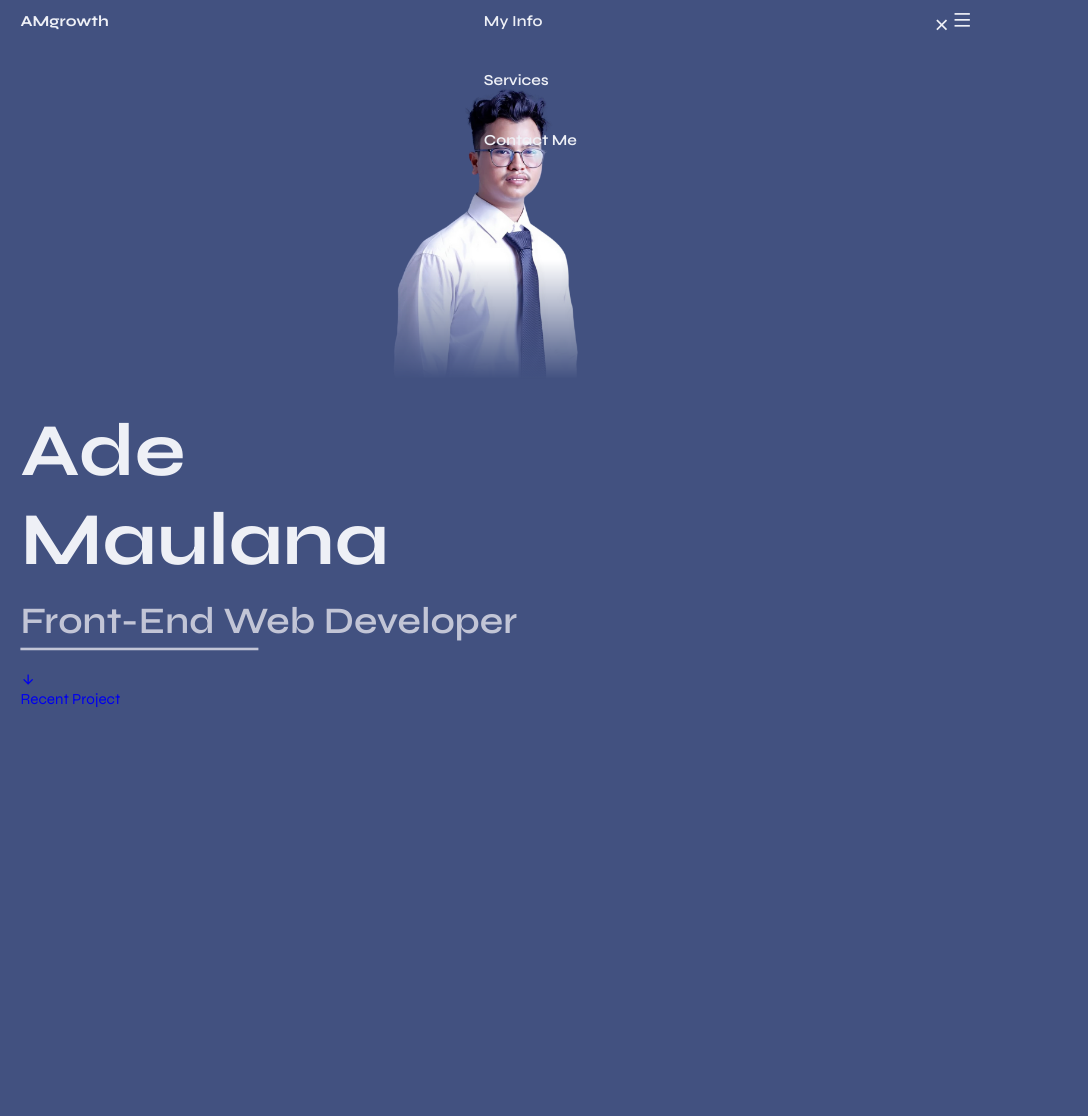
Repository: Ademaulana100499/portofolio
Page: index.html
These files come from the project's save history. The page is drawn as it stood at one moment and after the next save; the edit follows.
The browser window is 1280 px wide. The pictures show the whole page, at 85% of full size.
Some web fonts or font styles are not loaded; a fallback is used.

Above is the page before, as saved 2024-11-28 17:09:58.

### index.html
<!DOCTYPE html>
<html lang="en">
  <head>
    <meta charset="UTF-8" />
    <meta name="viewport" content="width=device-width, initial-scale=1.0" />
    <title>AMgrowth</title>
    <link rel="shortcut icon" href="assets/img/Favicon.png" />
    <link
      href="https://cdn.jsdelivr.net/npm/remixicon/fonts/remixicon.css"
      rel="stylesheet"
    />
    <link rel="stylesheet" href="assets/css/style.css" />
  </head>
  <body>
    <!-- HEADER -->
    <header class="header" id="header">
      <nav class="nav container">
        <a href="#" class="nav__logo">AMgrowth</a>
        <div class="nav__menu" id="nav-menu">
          <ul class="nav__list">
            <li>
              <a href="#home" class="nav__link">Home</a>
            </li>
            <li>
              <a href="#project" class="nav__link">Project</a>
            </li>
            <li>
              <a href="#info" class="nav__link">My Info</a>
            </li>
            <li>
              <a href="#services" class="nav__link">Services</a>
            </li>
            <li>
              <a href="#contact" class="nav__link">Contact Me</a>
            </li>
          </ul>
          <!-- Close Button -->
          <div class="nav__close" id="nav-close">
            <i class="ri-close-line"></i>
          </div>
        </div>

        <!-- Toggle Button -->
        <div class="nav__toggle" id="nav-toggle">
          <i class="ri-menu-line"></i>
        </div>
      </nav>
    </header>

    <!-- MAIN -->
    <main class="main" id="main">
      <!-- HOME -->
      <section class="home section" id="home">
        <div class="home__container container grid">
          <img src="assets/img/Photo.png" alt="image" class="home__img" />
          <div class="home__data">
            <h1 class="home__name">
              Ade <br />
              Maulana
            </h1>
            <h3 class="home__profession">Front-End Web Developer</h3>
          </div>
          <a href="#project" class="home__scroll">
            <div class="home__scroll-box">
              <i class="ri-arrow-down-line"></i>
            </div>
            <span class="home__scroll-text">Recent Project</span>
          </a>
        </div>
      </section>
      <!-- PROJECT -->
      <section class="project section" id="project"></section>
      <!-- INFO -->
      <section class="info section" id="info"></section>
      <!-- SERVICES -->
      <section class="services section" id="services"></section>
      <!-- CONTACT -->
      <section class="contact section" id="contact"></section>
    </main>

    <!-- FOOTER -->
    <footer class="footer" id="footer"></footer>
    <!-- SCROLL UP -->
    <!-- SCROLLREVEAL -->
    <script src=""></script>
    <!-- EMAIL JS -->
    <script src=""></script>
    <!-- MAIN JS -->
    <script src="assets/js/main.js"></script>
  </body>
</html>

### assets/css/style.css
@import url("https://fonts.googleapis.com/css2?family=Kite+One&family=Oooh+Baby&family=Orelega+One&family=Poppins:ital,wght@0,100;0,200;0,300;0,400;0,500;0,600;0,700;0,800;0,900;1,100;1,200;1,300;1,400;1,500;1,600;1,700;1,800;1,900&family=Syne:wght@400..800&display=swap");

/* VARIABLE CSS */
:root {
  --header-height: 3rem;

  /* Colors */
  --hue: 230;
  --first-color: hsl(var(--hue), 55%, 55%);
  --first-color-light: hsl(var(--hue), 55%, 65%);
  --first-color-alt: hsl(var(--hue), 50%, 50%);
  --title-color: hsl(var(--hue), 30%, 95%);
  --text-color: hsl(var(--hue), 20%, 80%);
  --text-color-light: hsl(var(--hue), 20%, 70%);
  --body-color: hsl(225, 32%, 38%);
  --container-color: hsl(var(--hue), 40%, 20%);

  /* Font and typography */
  --body-font: "Syne", sans-serif;
  --biggest-font-size: 3rem;
  --h1-font-size: 1.5rem;
  --h2-font-size: 1.25rem;
  --h3-font-size: 1rem;
  --normal-font-size: 0.938rem;
  --small-font-size: 0.813rem;

  /* Font weight */
  --font-regular: 400;
  --font-semi-bold: 600;
  --font-bold: 700;

  /* z index */
  --z-tooltip: 10;
  --z-fixed: 100;
}
/* Responsive typography */
@media screen and (min-width: 1150px) {
  :root {
    --biggest-font-size: 5.5rem;
    --big-font-size: 2.75rem;
    --h1-font-size: 2.25rem;
    --h2-font-size: 1.5rem;
    --h3-font-size: 1.25rem;
    --normal-font-size: 1.125rem;
    --small-font-size: 0.875rem;
  }
}

/* BASE */
* {
  margin: 0;
  padding: 0;
  box-sizing: border-box;
}

html {
  scroll-behavior: smooth;
}

body,
input,
textarea,
button {
  font-family: var(--body-font);
  font-size: var(--normal-font-size);
}

body {
  background-color: var(--body-color);
  color: var(--text-color);
}
input,
button,
textarea {
  outline: none;
  border: none;
}

h1,
h2,
h3 {
  color: var(--title-color);
  font-weight: var(--font-semi-bold);
}
p {
  line-height: 130%;
}

ul {
  list-style: none;
}

a {
  text-decoration: none;
}

img {
  display: block;
  max-width: 100%;
  height: auto;
}

/* REUSABLE CSS CLASSES */
.container {
  max-width: 1120px;
  margin-inline: 1.5rem;
}

.grid {
  display: grid;
  gap: 1.5rem;
}

.section {
  padding-block: 5rem 2rem;
}

.section__title {
  font-size: var(--h1-font-size);
  text-align: center;
  margin-bottom: 2rem;
  font-weight: var(--font-bold);
}
main {
  overflow: hidden;
}

/* HEADER & NAV */
.header {
  position: fixed;
  width: 100%;
  top: 0;
  left: 0;
  background-color: transparent;
  z-index: var(--z-fixed);
}
.nav {
  position: relative;
  height: var(--header-height);
  display: flex;
  justify-content: space-between;
  align-items: center;
}

.nav__logo {
  color: var(--title-color);
  font-weight: var(--font-bold);
}
.nav__toggle,
.nav__close {
  font-size: 1.5rem;
  cursor: pointer;
  color: var(--title-color);
}
/* Navigation for mobile */
@media screen and (max-width: 1150px) {
  .nav__menu {
    position: fixed;
    top: 0;
    right: -100%;
    background-color: hsla(var(--hue), 70%, 4%, 0.2);
    backdrop-filter: blur(16px);
    -webkit-backdrop-filter: blur(16px);
    width: 80%;
    height: 100%;
    padding: 7rem 3rem;
    transition: right 0.4s;
  }
}
.nav__list {
  display: flex;
  flex-direction: column;
  row-gap: 3rem;
}
.nav__link {
  position: relative;
  color: var(--title-color);
  font-weight: var(--font-semi-bold);
  transition: color 0.4s;
}
.nav__link::after {
  content: "";
  width: 0;
  height: 2px;
  background-color: var(--first-color-light);
  position: absolute;
  left: 0;
  bottom: -0.5rem;
  transition: width 0.3s;
}
.nav__link:hover {
  color: var(--first-color-light);
}
.nav__link:hover::after {
  width: 30%;
}
.nav__close {
  position: absolute;
  top: 1rem;
  right: 1.5rem;
}

/* Show Menu */
.show-menu {
  right: 0;
}
/* Add blur to header */
/* Active link */

/* HOME */
.home__container {
  row-gap: 2rem;
  padding-top: 1rem;
}

.home__img {
  width: 350px;
  justify-self: center;
  mask-image: linear-gradient(
    to bottom,
    hsla(var(--hue), 40%, 16%) 60%,
    transparent 100%
  );
}
.home__name {
  font-size: var(--biggest-font-size);
  font-weight: var(--font-bold);
  word-break: break-word;
  margin-bottom: 1rem;
}
.home__profession {
  position: relative;
  font-size: var(--big-font-size);
  color: var(--text-color);
}
.home__profession::after {
  content: "";
  position: absolute;
  left: 0;
  bottom: -0.5rem;
  width: 25%;
  height: 3px;
  background-color: var(--text-color);
}

### assets/js/main.js
const navMenu = document.getElementById("nav-menu"),
  navToggle = document.getElementById("nav-toggle"),
  navClose = document.getElementById("nav-close");

if (navToggle) {
  navToggle.addEventListener("click", () => {
    navMenu.classList.add("show-menu");
  });
}

if (navClose) {
  navClose.addEventListener("click", () => {
    navMenu.classList.remove("show-menu");
  });
}

const navLink = document.querySelectorAll(".nav__link");
const linkAction = () => {
  const navMenu = document.getElementById("nav-menu");
  navMenu.classList.remove("show-menu");
};
navLink.forEach((n) => n.addEventListener("click", linkAction));

After the next save:
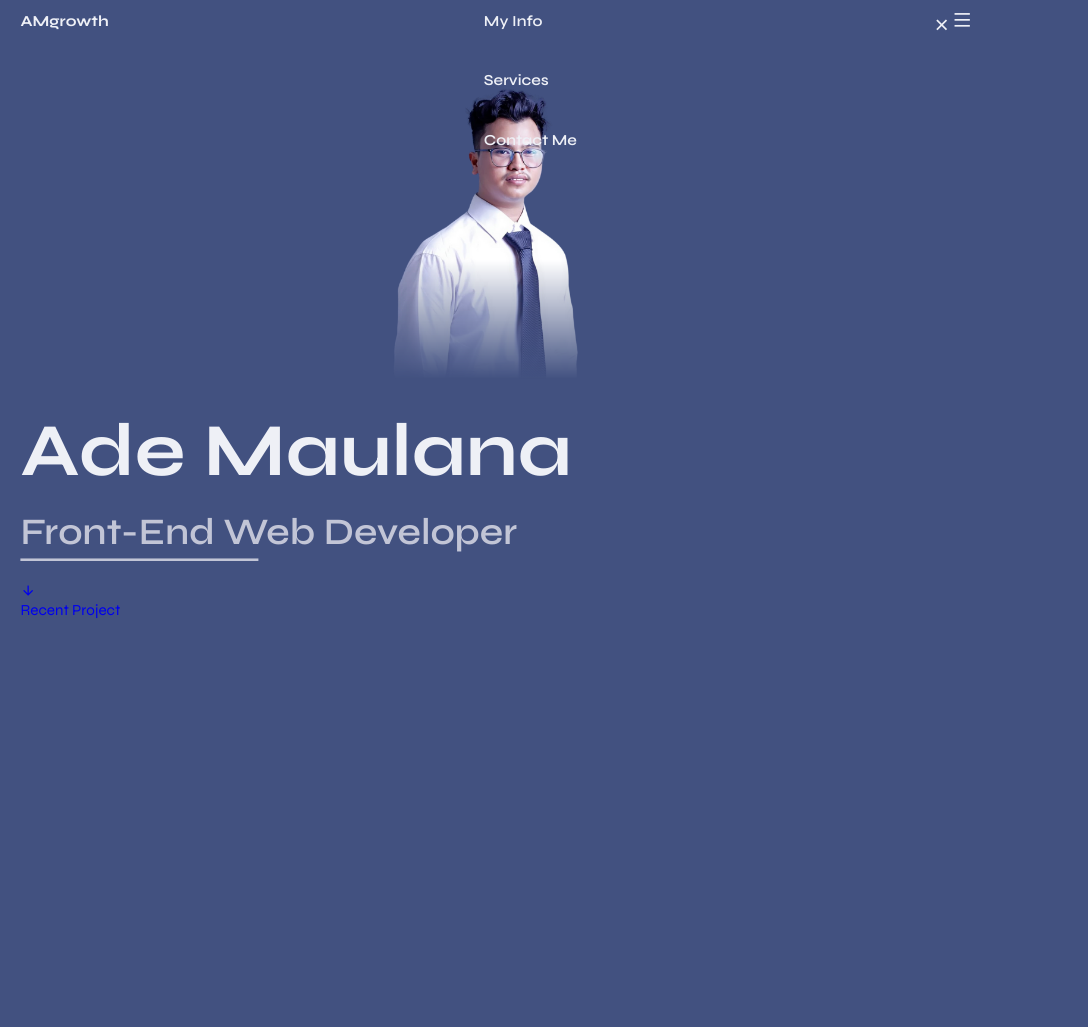
Saved 27 s later.
--- a/index.html
+++ b/index.html
@@ -54,10 +54,7 @@
         <div class="home__container container grid">
           <img src="assets/img/Photo.png" alt="image" class="home__img" />
           <div class="home__data">
-            <h1 class="home__name">
-              Ade <br />
-              Maulana
-            </h1>
+            <h1 class="home__name">Ade Maulana</h1>
             <h3 class="home__profession">Front-End Web Developer</h3>
           </div>
           <a href="#project" class="home__scroll">

After the save that followed:
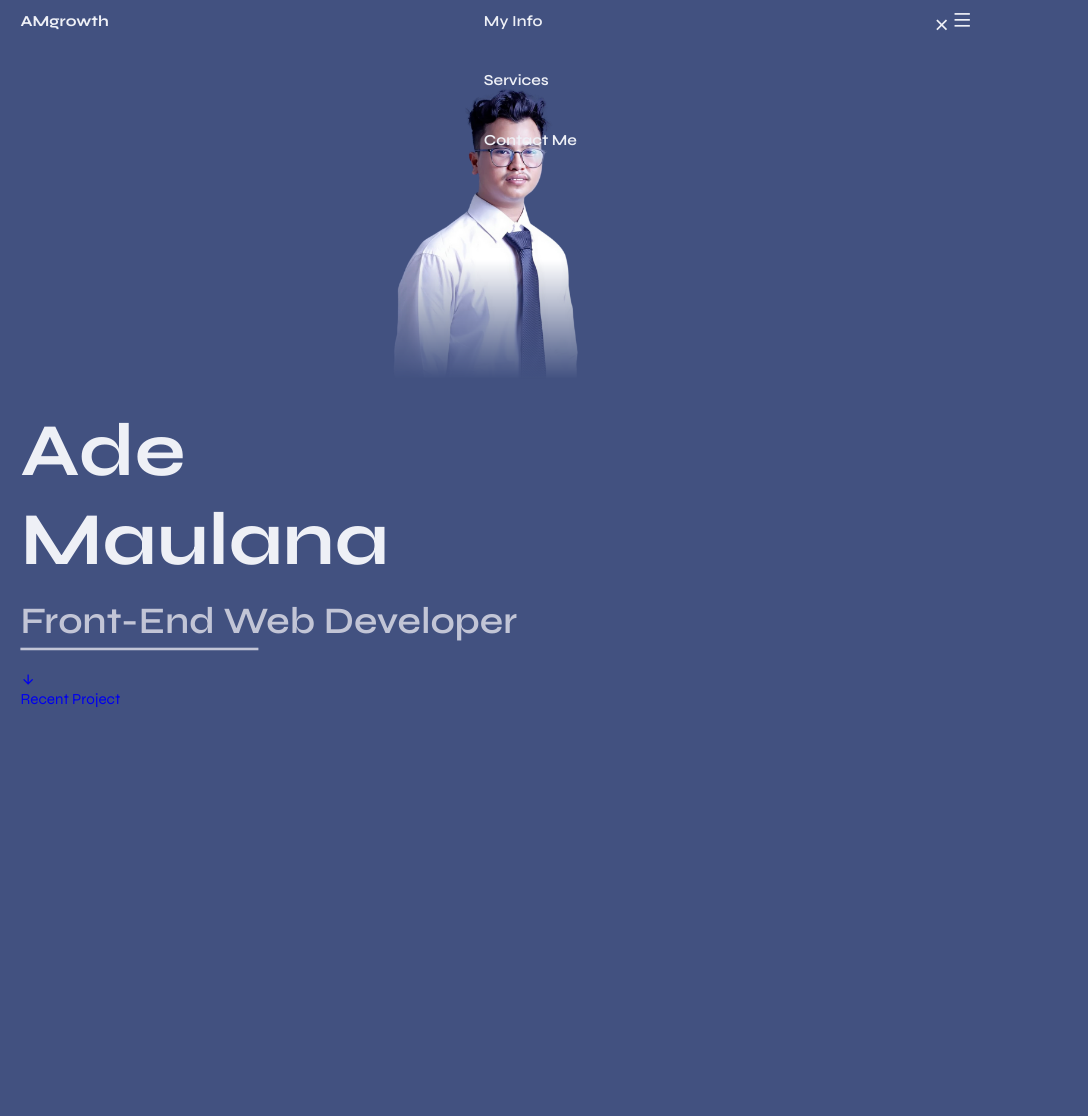
Saved 15 s later.
--- a/index.html
+++ b/index.html
@@ -54,7 +54,10 @@
         <div class="home__container container grid">
           <img src="assets/img/Photo.png" alt="image" class="home__img" />
           <div class="home__data">
-            <h1 class="home__name">Ade Maulana</h1>
+            <h1 class="home__name">
+              Ade <br />
+              Maulana
+            </h1>
             <h3 class="home__profession">Front-End Web Developer</h3>
           </div>
           <a href="#project" class="home__scroll">
